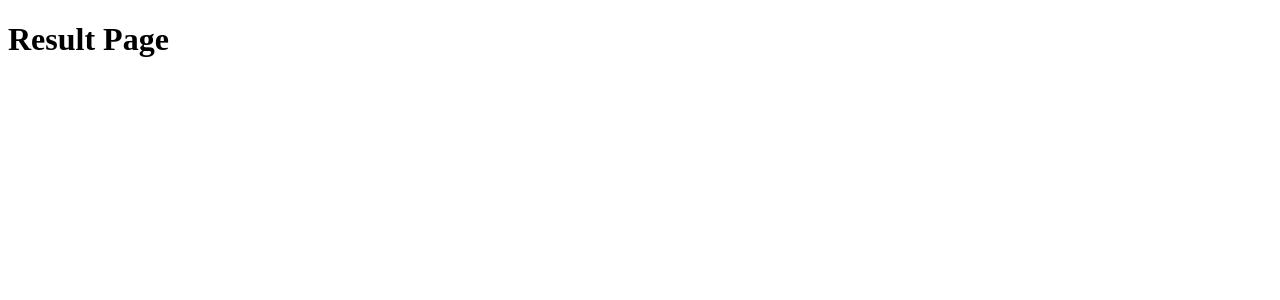
Repository: Bhavik-Bhatia/Java
Page: http://localhost/DemoSpringMVC/display.jsp
An editor plug-in stored every save of this project. The page is shown before and after the next save, followed by the edit.
The browser window is 1280 px wide. The pictures show the whole page.
The page is served by Tomcat 9. Nobody is signed in. The application's start-up code is not run. Other server files are loaded and not shown.

Above is the page before, as saved 2023-01-13 22:43:52.

### DemoSpringMVC/src/main/webapp/display.jsp
<%@ page language="java" contentType="text/html; charset=ISO-8859-1"
    pageEncoding="ISO-8859-1"%>
<!DOCTYPE html PUBLIC "-//W3C//DTD HTML 4.01 Transitional//EN" "http://www.w3.org/TR/html4/loose.dtd">
<html>
<head>
<meta http-equiv="Content-Type" content="text/html; charset=ISO-8859-1">
<title>Result</title>
</head>
<body>
<h1>Result Page</h1>
</body>
</html>

After the next save:
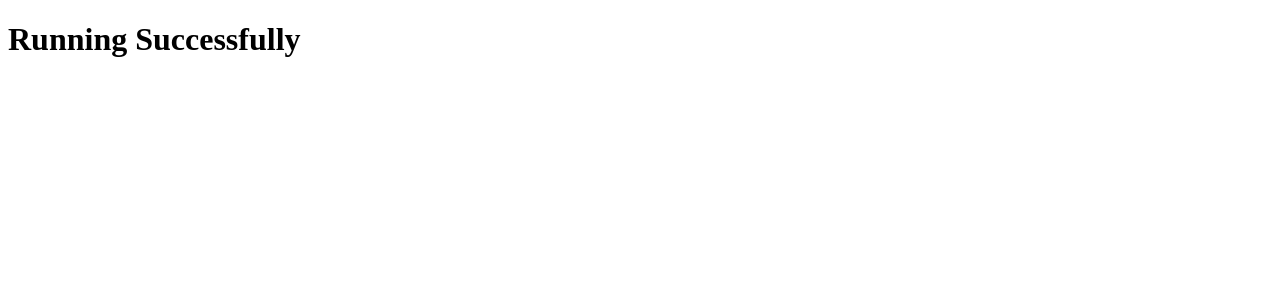
Saved 10 s later.
--- a/DemoSpringMVC/src/main/webapp/display.jsp
+++ b/DemoSpringMVC/src/main/webapp/display.jsp
@@ -7,6 +7,6 @@
 <title>Result</title>
 </head>
 <body>
-<h1>Result Page</h1>
+<h1>Running Successfully</h1>
 </body>
 </html>
